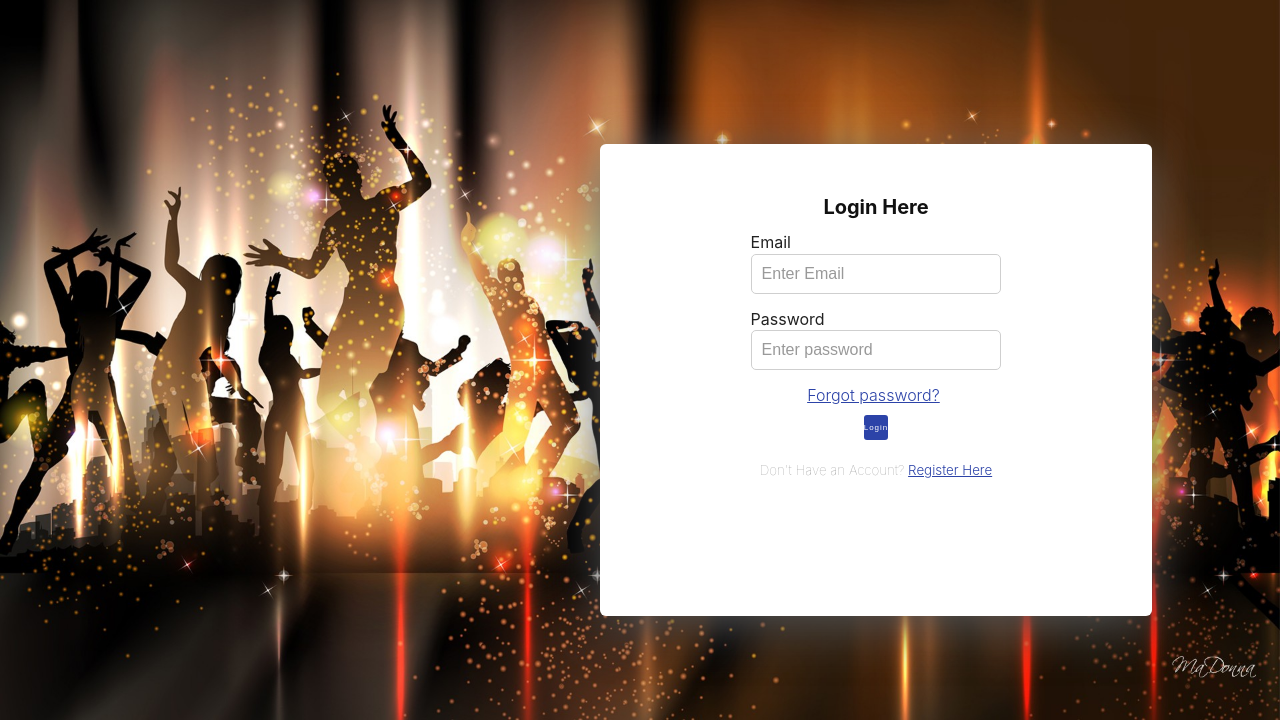
Repository: Fortune-Labs/Event-management-system-CapstoneG3
Page: /login (app in frontend/)
An editor plug-in stored every save of this project. The page is shown before and after the next save, followed by the edit.
The browser window is 1280 px wide. The pictures show the whole page.
The project was rebuilt for these pictures with package versions that can differ from the ones it lists, and the page was loaded fresh each time. Also part of the build but not shown: frontend/src/components/LoginSignup/errorMessages.js, frontend/src/components/LoginSignup/register.jsx, frontend/src/components/LoginSignup/verificationCode.jsx, frontend/src/components/LoginSignup/passwordReset.jsx.

Above is the page before, as saved 2020-09-09 13:10:07.

After the next save:
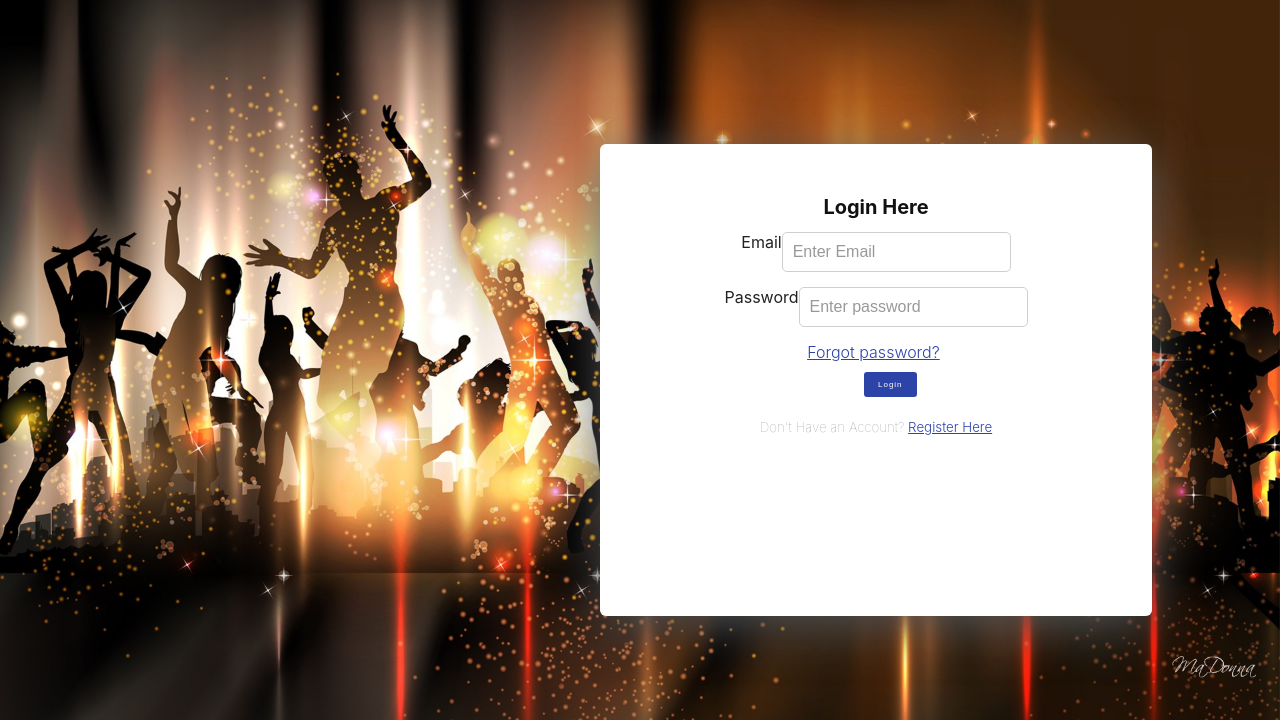
Saved 23 s later.
--- a/frontend/src/components/LoginSignup/style.css
+++ b/frontend/src/components/LoginSignup/style.css
@@ -214,7 +214,7 @@ input::placeholder {
 .login-email,
 .login-password {
   display: flex;
-  flex-direction: column;
+  flex-direction: row;
   margin-bottom: 15px;
   width: 49%;
   text-align: center;
@@ -223,7 +223,7 @@ input::placeholder {
 
 .login {
   display: flex;
-  flex-direction: row;
+  flex-direction: column;
   margin-bottom: 15px;
 }
 
